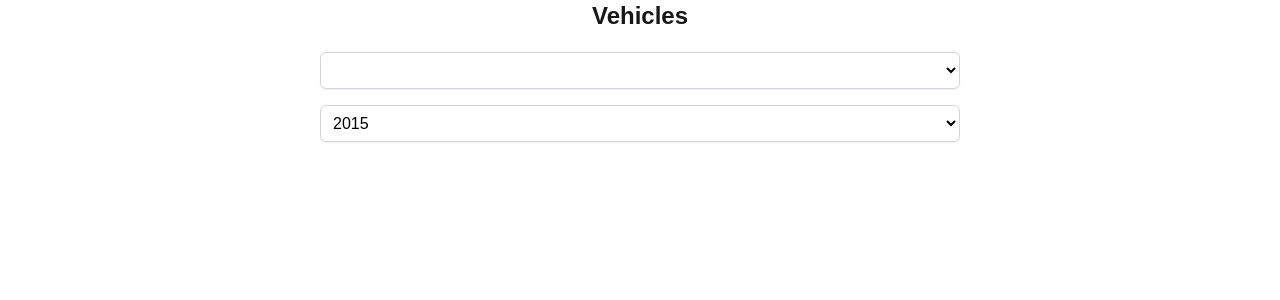
Repository: purpleFade/car-dealer-app
Page: /
An editor plug-in stored every save of this project. The page is shown before and after a run of saves, followed by the edit.
The browser window is 1280 px wide. The pictures show the whole page.
The page's requests for data from a server got no answer. The project was rebuilt for these pictures with package versions that can differ from the ones it lists, and the page was loaded fresh each time. The framework's server and built-in components were replaced by stand-ins that run in the browser. No one was signed in, and anything a server would have sent is missing. Also part of the build but not shown: next.config.ts.

Above is the page before, as saved 2024-12-21 10:54:14.

### src/app/page.tsx
'use client';

import { Vehicle } from '@/types/vehicle';
import Link from 'next/link';
import { useEffect, useState } from 'react';

const years = Array.from({ length: 2024 - 2015 + 1 }, (_, i) => 2015 + i);

const fetchVehicles = async (): Promise<Vehicle[]> => {
  const response = await fetch(
    'https://vpic.nhtsa.dot.gov/api/vehicles/GetMakesForVehicleType/car?format=json',
  );
  const data = await response.json();

  return data.Results;
};

export default function Home() {
  const [vehicles, setVehicles] = useState<Vehicle[]>([]);
  const [year, setYear] = useState<number>(2024);
  const [makeId, setMakeId] = useState<string>('');

  useEffect(() => {
    fetchVehicles().then((vehicles) => setVehicles(vehicles));
  });

  const handleMakeIdChange = (name: string) => {
    setMakeId(name);
  };

  const handleYearChange = (year: number) => {
    setYear(year);
  };

  return (
    <div className='flex flex-col items-center justify-center'>
      <h1 className='text-2xl font-bold mb-5'>Vehicles</h1>

      <select
        onChange={(e) => handleMakeIdChange(e.target.value)}
        className='block text-black w-1/2 p-2 mb-4 bg-white border border-gray-300 rounded-md shadow-sm focus:outline-none focus:ring focus:ring-purple-500 focus:border-purple-500'
      >
        {vehicles.map((vehicle) => (
          <option
            key={vehicle.MakeId}
            value={vehicle.MakeId}
            className='text-purple-800'
          >
            {vehicle.MakeName}
          </option>
        ))}
      </select>

      <select
        onChange={(e) => handleYearChange(+e.target.value)}
        className='block text-black w-1/2 p-2 mb-4 bg-white border border-gray-300 rounded-md shadow-sm focus:outline-none focus:ring focus:ring-purple-500 focus:border-purple-500'
      >
        {years.map((year) => (
          <option key={year} value={year} className='text-purple-800'>
            {year}
          </option>
        ))}
      </select>

      <Link href={ `/result/${makeId}/${year}` } aria-disabled={ !makeId && !year } />
    </div>
  );
}

Loaded but not shown: src/app/layout.tsx (common file); src/app/globals.css (common file); tailwind.config.ts (common file)

After the next 2 saves:
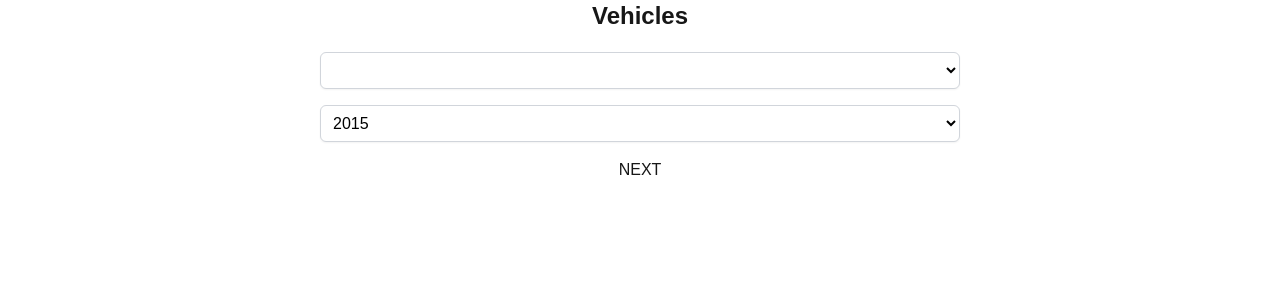
The 2 saves are shown as one change because they came seconds apart.
The last was saved 27 s later.
--- a/src/app/page.tsx
+++ b/src/app/page.tsx
@@ -62,7 +62,7 @@ export default function Home() {
         ))}
       </select>
 
-      <Link href={ `/result/${makeId}/${year}` } aria-disabled={ !makeId && !year } />
+      <Link href={ `/result/${makeId}/${year}` } aria-disabled={ !makeId && !year }>NEXT</Link>
     </div>
   );
 }
